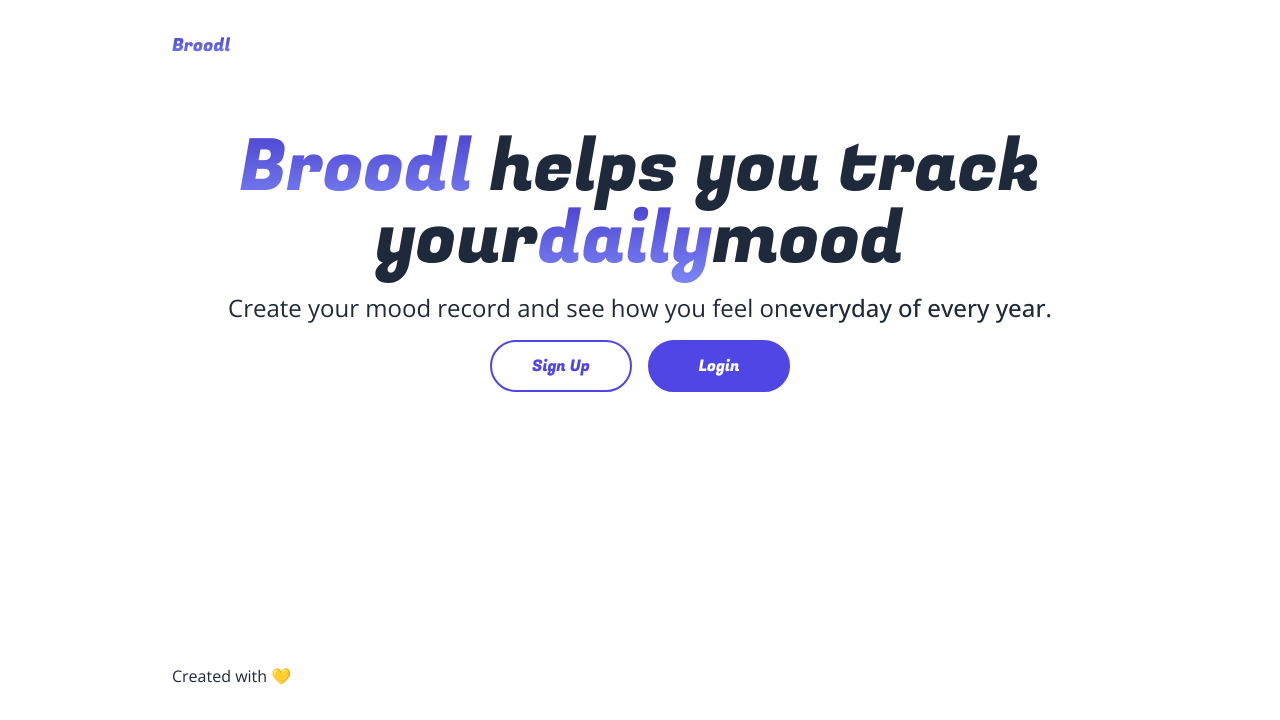
Repository: Nathan-spec/mood-app-next
Page: /
An editor plug-in stored every save of this project. The page is shown before and after a run of saves, followed by the edit.
The browser window is 1280 px wide. The pictures show the whole page.
The project was rebuilt for these pictures with package versions that can differ from the ones it lists, and the page was loaded fresh each time. The framework's server and built-in components were replaced by stand-ins that run in the browser. Also part of the build but not shown: next.config.mjs.

Above is the page before, as saved 2024-10-14 12:56:02.

### app/layout.js
import localFont from "next/font/local";
import { Fugaz_One, Open_Sans } from "next/font/google";
import "./globals.css";

const geistSans = localFont({
  src: "./fonts/GeistVF.woff",
  variable: "--font-geist-sans",
  weight: "100 900",
});
const geistMono = localFont({
  src: "./fonts/GeistMonoVF.woff",
  variable: "--font-geist-mono",
  weight: "100 900",
});

export const metadata = {
  title: "Broodl",
  description: "Track your daily mood everyday of the year",
};

const openSans = Open_Sans({ subsets:["latin"] });
const fugaz = Fugaz_One({ subsets: ["latin"], weight:['400'] });

export default function RootLayout({ children }) {

  const header = (
    <header className='p-4 sm:p-8 flex items-center justify-between gap-4'>
      <h1 className={'text-base sm:text-lg textGradient ' + fugaz.className}>Broodl</h1>
    </header>
  )

  const footer = (
    <footer className={"p-4 sm:p-8 grid "}>
        <p className={'text-indigo-600' + fugaz.className}>Created with 💛</p>
    </footer>
  )
  return (
    <html lang="en">
      <body
        className={`w-full, max-w-[1000px] mx-auto text-sm sm:text-base min-h-screen flex flex-col text-slate-800 ${openSans.className} antialiased`}
      >
        {header}
        {children}
        {footer}
      </body>
    </html>
  );
}

### app/page.js
import Hero from "@/components/Hero";
import Main from "@/components/main";

export default function HomePage() {
  return(
    <Main className="">
      <Hero/>

    </Main>
  )
}

### app/globals.css
@tailwind base;
@tailwind components;
@tailwind utilities;

.textGradient {
  background: -webkit-linear-gradient(#4338ca, #818cf8);
  -webkit-background-clip: text;
  -webkit-text-fill-color: transparent;
}

### components/Hero.js
import { Fugaz_One } from 'next/font/google';
import React from 'react'
import Button from './Button';

const fugaz = Fugaz_One({ subsets: ["latin"], weight: ['400']});

export default function Hero() {
  return (
    <div className='py-4 md:py-10 flex flex-col gap-4 sm:gap-4'>
        <h1
        className={'text-5xl sm:text-text-6xl md:text-7xl text-center ' + fugaz.className}>
            <span className='textGradient'>Broodl</span> helps you track your<span className='textGradient'>daily

            </span>mood</h1>
            <p className='text-lg sm:text-xl md:text-2xl text-center'>Create your mood record and see how you feel on
                <span className='font-medium'>everyday of every year.</span></p>
    <div className='grid grid-cols-2 gap-4 w-fit mx-auto'>
      <Button text="Sign Up"/>
      <Button text="Login" dark/>
    </div>
    </div>
  )
}

### components/main.js
import React from 'react'

export default function Main(props) {
    const { children } = props
  return (
        <main className='flex-1 flex flex-col'>
            {children}
        </main>
  )
}

### components/Button.js
import { Fugaz_One } from 'next/font/google';
import React from 'react'

const fugaz = Fugaz_One({ subsets: ["latin"], weight: ['400'] });

export default function Button(props) {
    const { text, dark, full, clickHandler } = props

    return (
        <button onClick={clickHandler} className={'rounded-full overflow-hidden duration-200 hover:opacity-60 border-2 border-solid border-indigo-600 ' + (dark ? ' text-white bg-indigo-600 ' : ' text-indigo-600 ') + (full ? ' grid place-items-center w-full ' : ' ')}>
            <p className={'px-6 sm:px-10 whitespace-nowrap py-2 sm:py-3 ' + fugaz.className}>{text}</p>
        </button>
    )
}

Loaded but not shown: tailwind.config.js (common file)

After the next 3 saves:
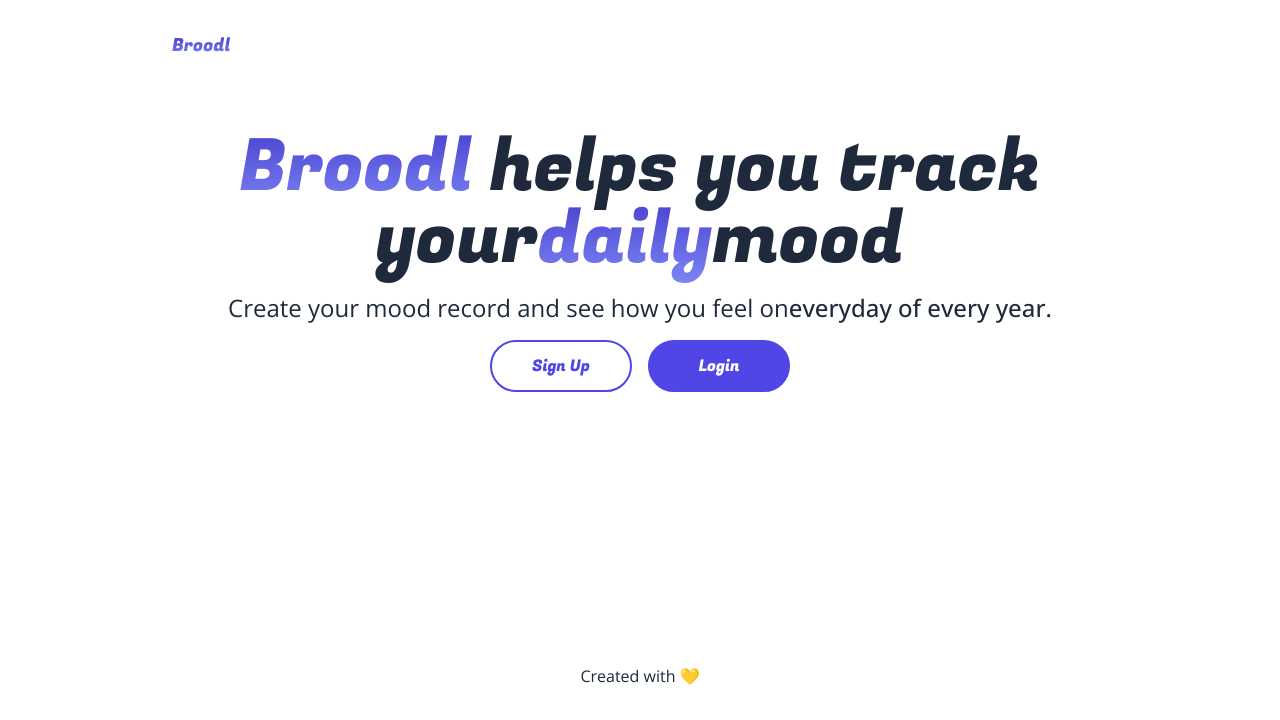
The 3 saves are shown as one change because they came seconds apart.
The last was saved 9 s later.
--- a/app/layout.js
+++ b/app/layout.js
@@ -30,7 +30,7 @@
   )
 
   const footer = (
-    <footer className={"p-4 sm:p-8 grid "}>
+    <footer className={"p-4 sm:p-8 grid place-items-center"}>
         <p className={'text-indigo-600' + fugaz.className}>Created with 💛</p>
     </footer>
   )

After the 3 saves that followed:
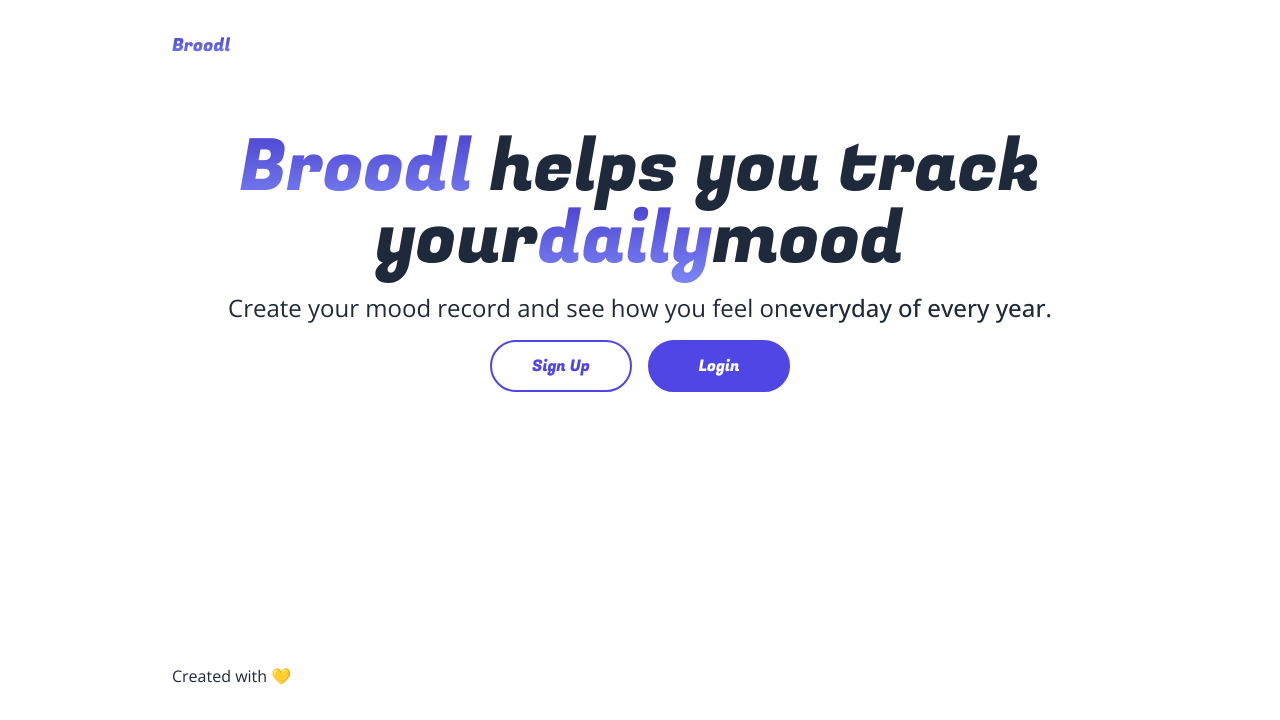
The 3 saves are shown as one change because 1 did not build or start and some came seconds apart.
The last was saved 42 s later.
--- a/app/layout.js
+++ b/app/layout.js
@@ -30,7 +30,7 @@
   )
 
   const footer = (
-    <footer className={"p-4 sm:p-8 grid place-items-center"}>
+    <footer className={"p-4 sm:p-8 grid place-items-center" + fugaz.className}>
         <p className={'text-indigo-600' + fugaz.className}>Created with 💛</p>
     </footer>
   )
